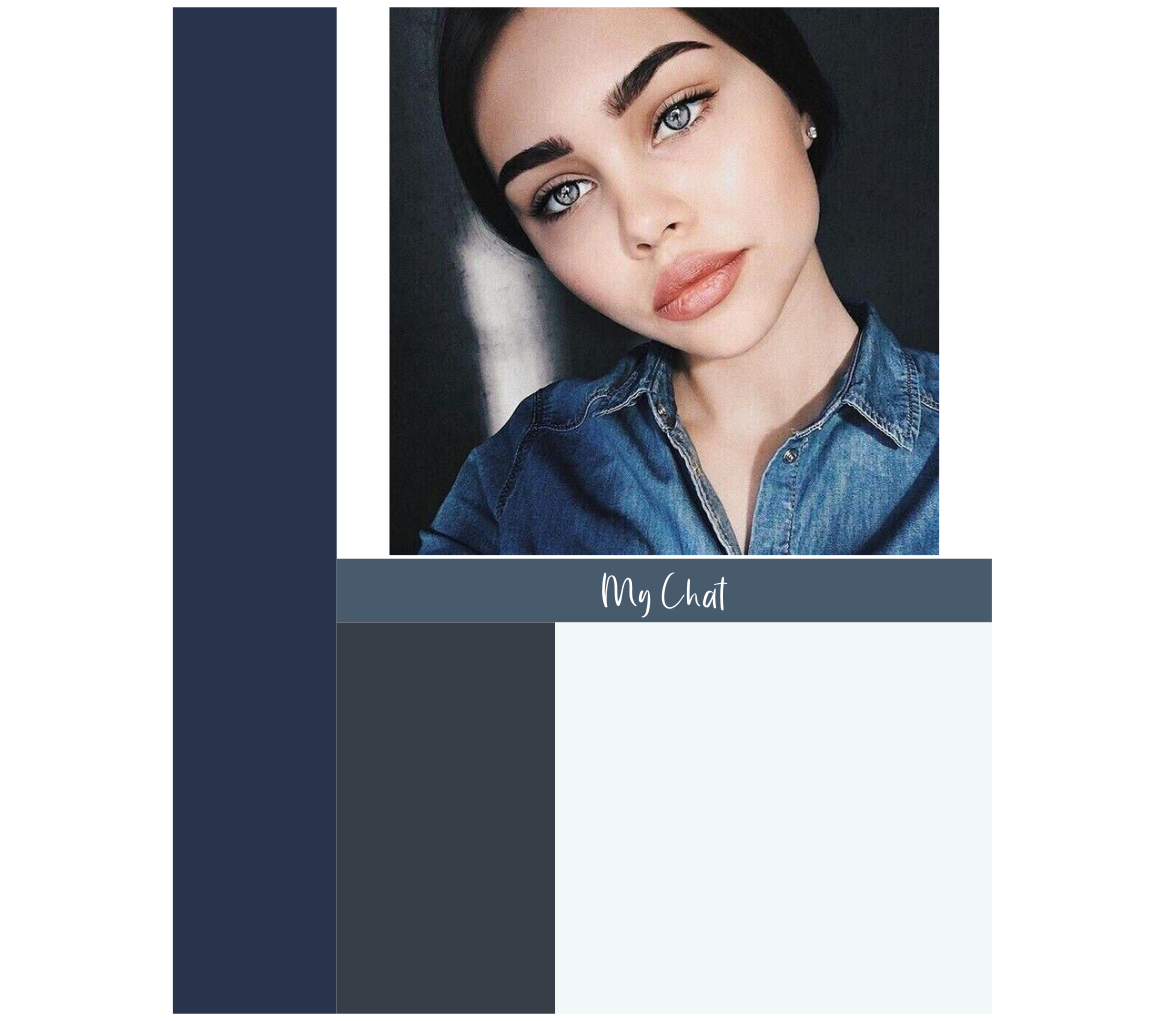
Repository: chathura226/SeekWork_Group_Project_I
Page: http://localhost/
An editor plug-in stored every save of this project. The page is shown before and after the next save, followed by the edit.
The browser window is 1280 px wide. The pictures show the whole page, at 91% of full size.
The page is run by PHP 8.4 with error messages shown; the project is at /var/www/html/.

Above is the page before, as saved 2023-12-02 12:19:40.

After the next save:
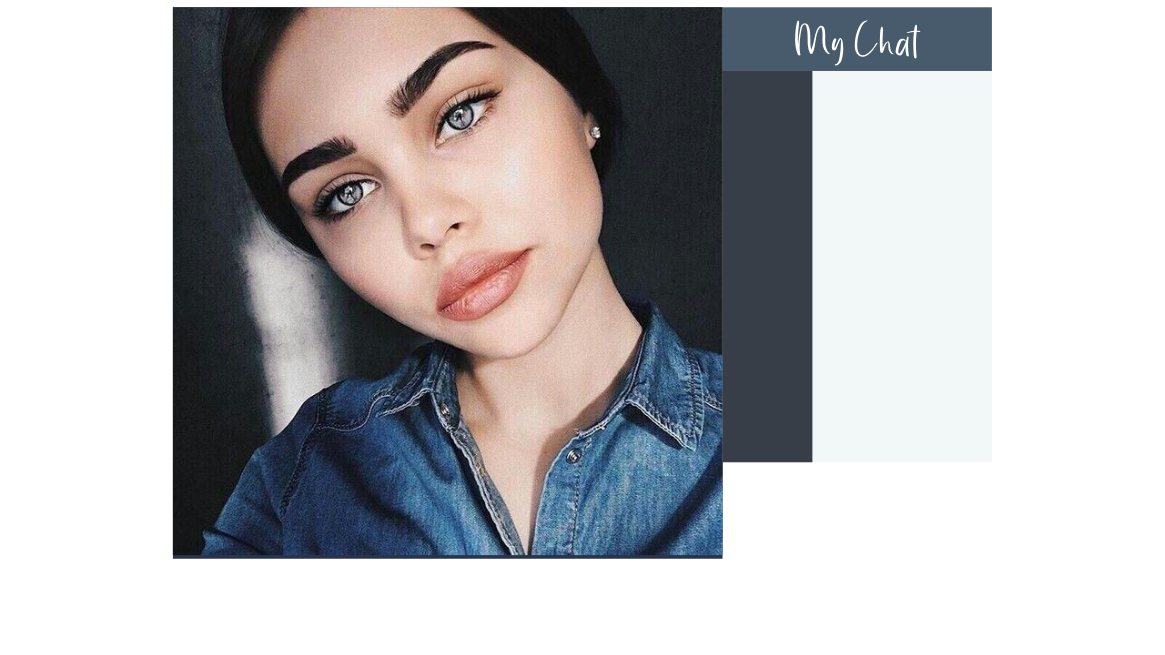
Saved 62 s later.
--- a/chat/index.php
+++ b/chat/index.php
@@ -71,10 +71,10 @@
         <div id="wrapper">
 
            <div id="left_pannel">
+                <img src="ui/images/user3.jpg">
 
            </div>
            <div id="right_pannel">
-              <img src="ui/images/user3.jpg">
               <div id="header" >My Chat</div>
                 <div id="container"  style="display: flex">
                     <div id="inner_left_pannel"></div>
